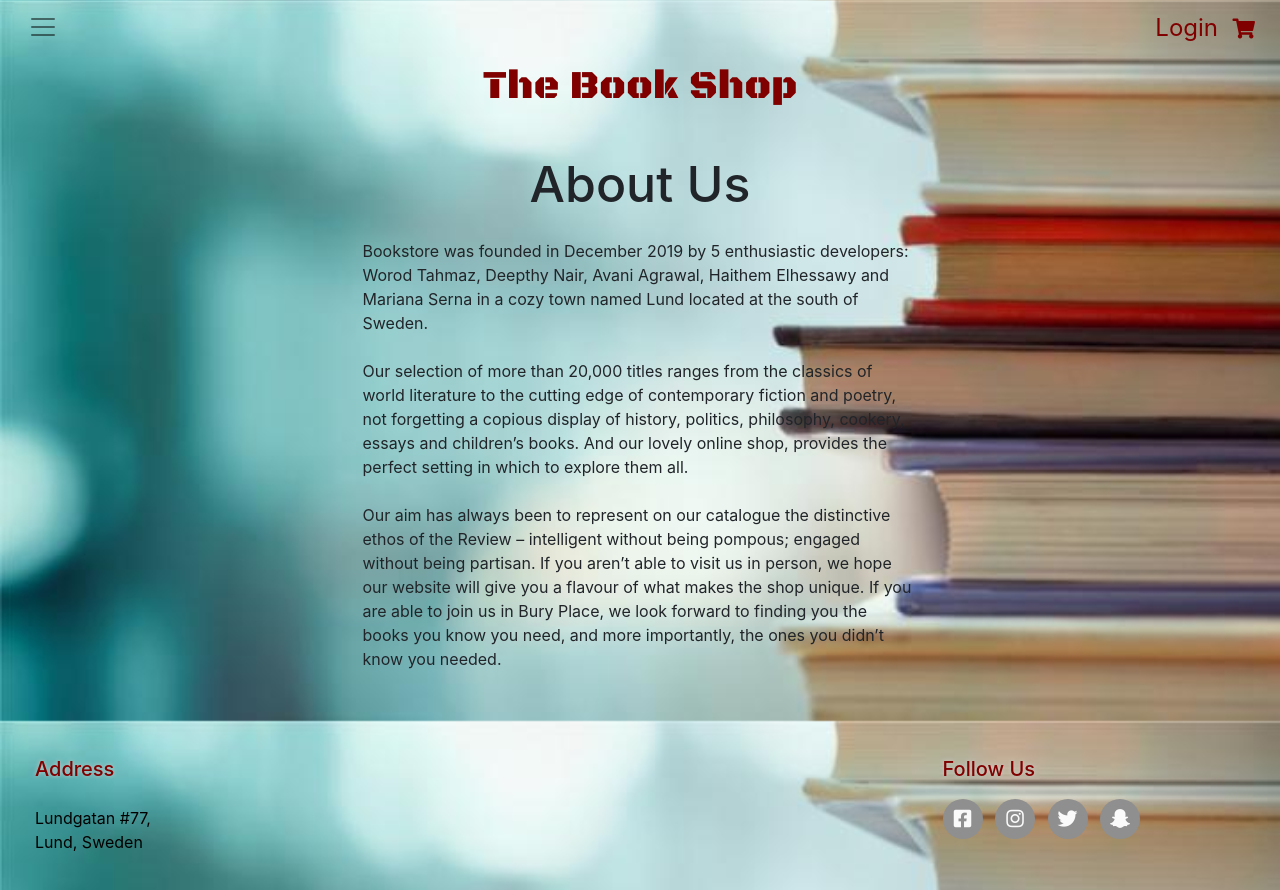
Repository: haithem2005/book-store2
Page: aboutus.html
The author's editor kept a record of every edit. The page is drawn from the files as they stood at one moment, then again after the next edit.
The browser window is 1280 px wide. The pictures show the whole page.
Backgrounds fixed to the window are drawn as part of the page. Some web fonts or font styles are not loaded; a fallback is used. Some web libraries are served in a nearby version.

Above is the page before.

After the next edit:
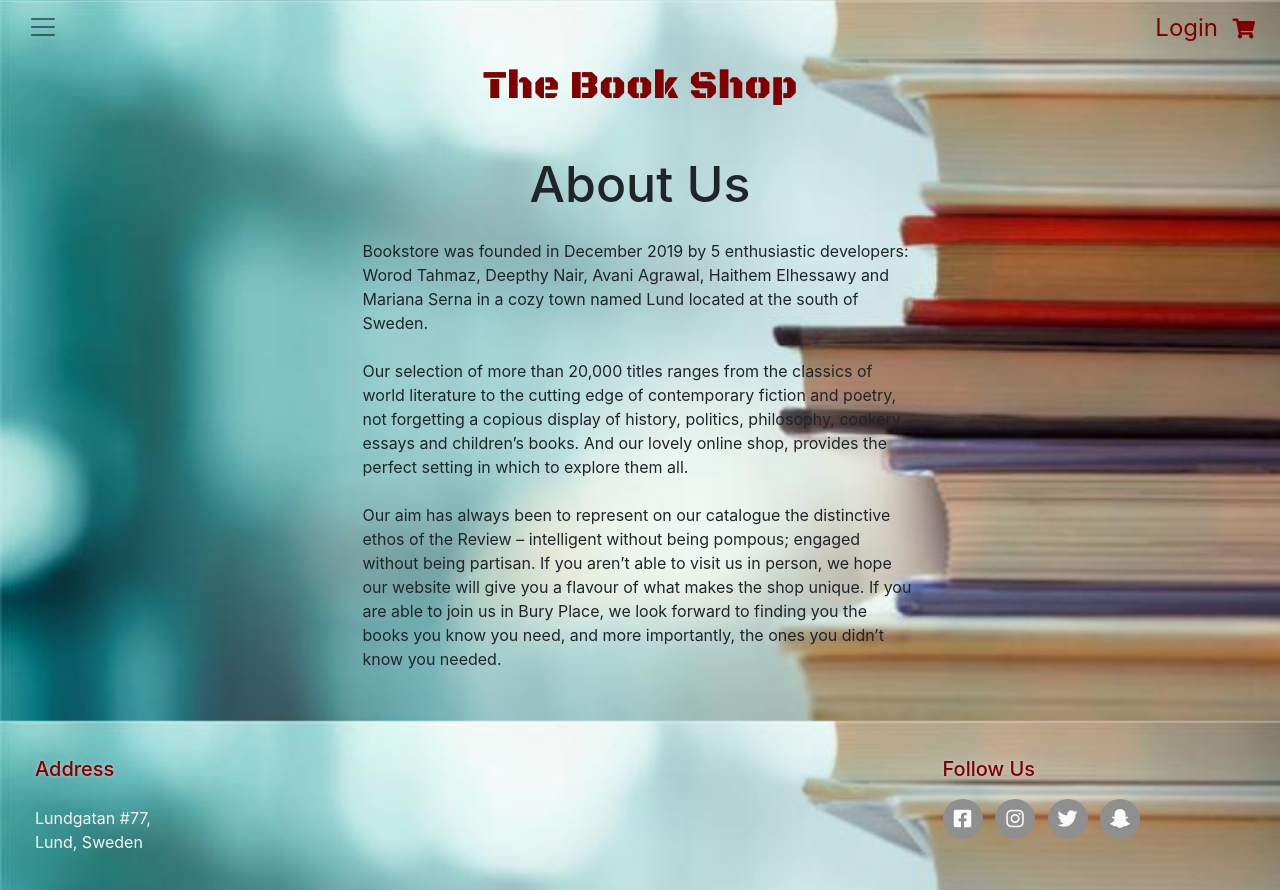
The edit:
--- a/assets/css/style.css
+++ b/assets/css/style.css
@@ -135,7 +135,7 @@
 
 .address{
     margin-top: 25px;
-    color:black;
+    color:#f6f6f6;
 }
 
 .card img{
